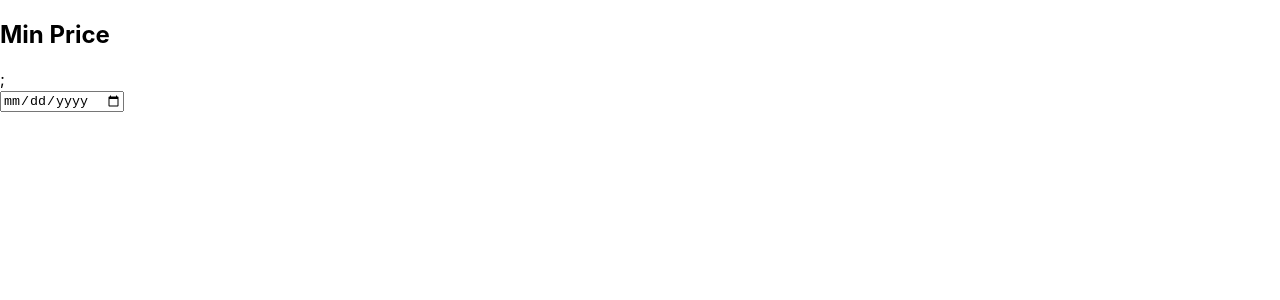
Repository: vsterev/il-test
Page: /min-price
An editor plug-in stored every save of this project. The page is shown before and after the next save, followed by the edit.
The browser window is 1280 px wide. The pictures show the whole page.
The project was rebuilt for these pictures with package versions that can differ from the ones it lists, and the page was loaded fresh each time. A package was used in the major version that the imports need, not the one package.json lists. Also part of the build but not shown: src/components/error/index.jsx.

Above is the page before, as saved 2021-04-27 06:56:25.

After the next save:
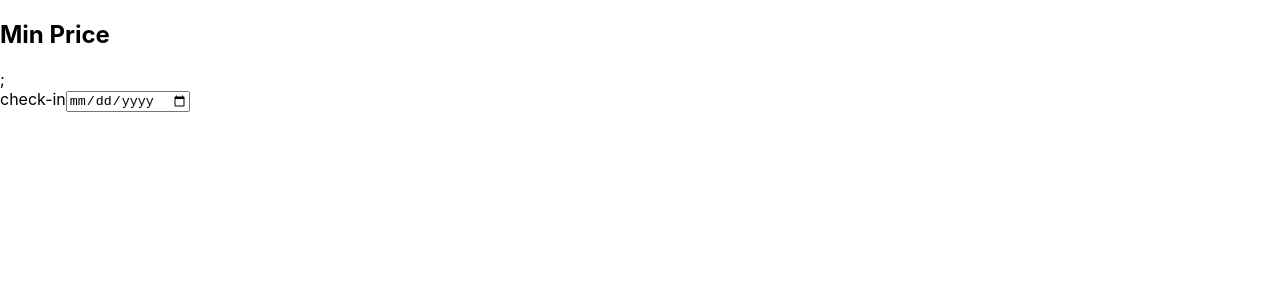
Saved 22 s later.
--- a/src/components/minPrice/index.jsx
+++ b/src/components/minPrice/index.jsx
@@ -4,7 +4,8 @@ const MinPrice = () => {
     <React.Fragment>
       <h2>Min Price</h2>;
       <form>
-        <input type="date" id="checkin"></input>
+        <label htmlFor="checkIn">check-in</label>
+        <input type="date" id="checkIn"></input>
       </form>
     </React.Fragment>
   );
